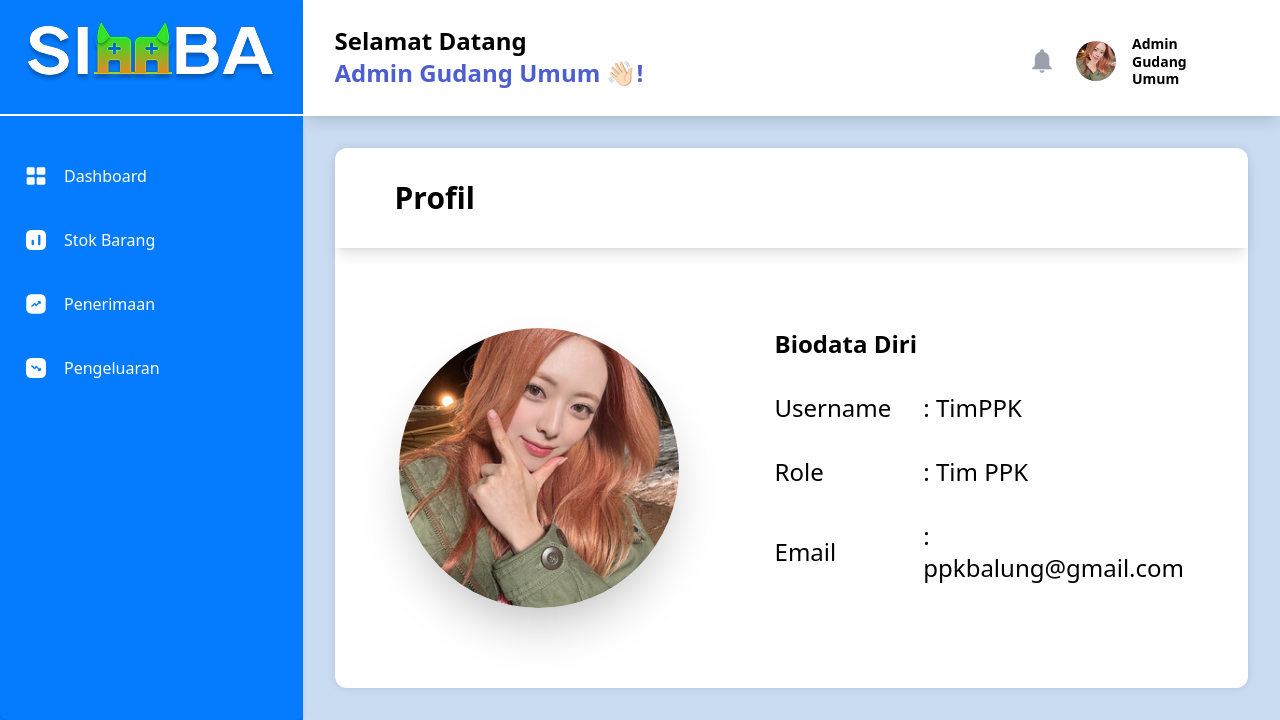
Repository: Gokerwow/inventory-fe
Page: /profil
These files come from the project's save history. The page is drawn as it stood at one moment and after the next save; the edit follows.
The browser window is 1280 px wide. The pictures show the whole page.
The project was rebuilt for these pictures with package versions that can differ from the ones it lists, and the page was loaded fresh each time. Also part of the build but not shown: vite.config.ts, src/components/lineChart.tsx, src/pages/dashboard.tsx, src/pages/stokBarang.tsx, src/components/pagination.tsx, src/components/PenerimaanTable.tsx, src/components/RiwayatPenerimaanTable.tsx, src/pages/penerimaan.tsx and 8 more.

Above is the page before, as saved 2025-10-28 12:17:45.

After the next save:
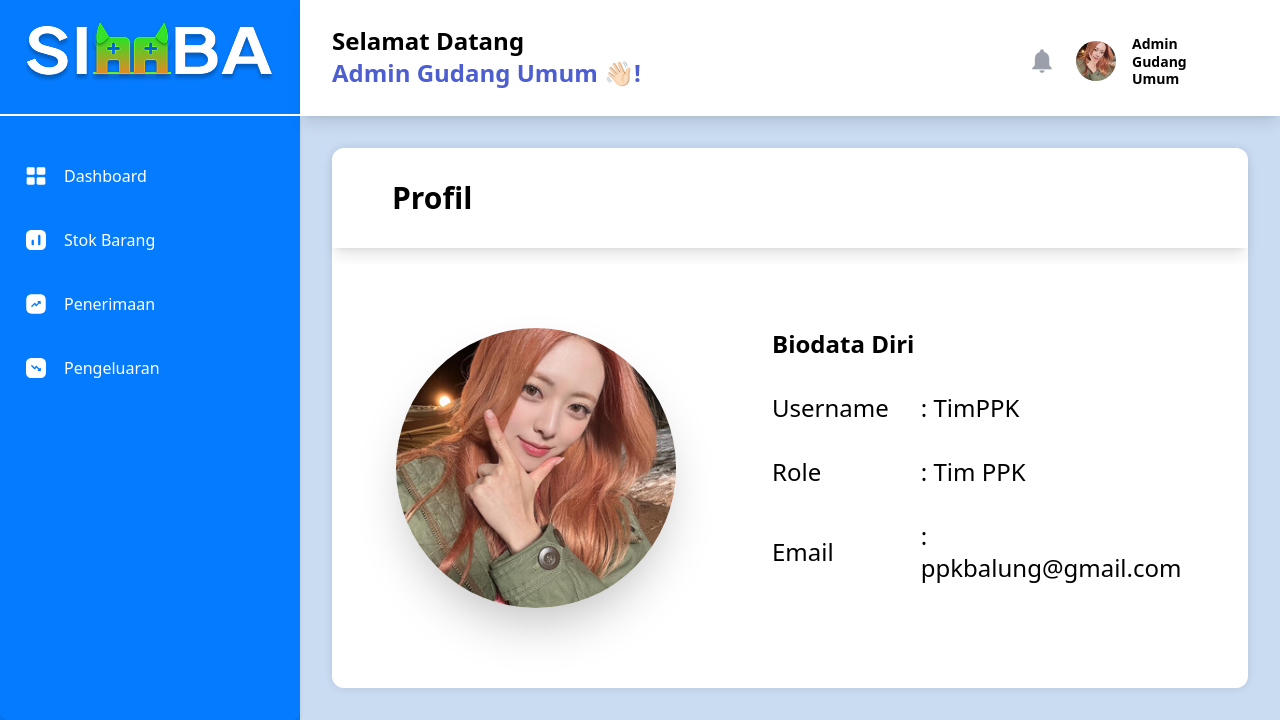
Saved 4 min 15 s later.
--- a/src/components/sidebar.tsx
+++ b/src/components/sidebar.tsx
@@ -15,7 +15,7 @@ export default function SideBar() {
     ];
 
     return (
-        <div className='w-[394px] h-full bg-[#057CFF]'>
+        <div className='w-[300] h-full bg-[#057CFF]'>
             <div className="text-white flex flex-col h-full rounded-lg overflow-hidden shadow-md">
                 <div className='flex justify-center items-center border-b-2 border-white'>
                     <img src={SimbaLogo} alt="Simba Logo" />
